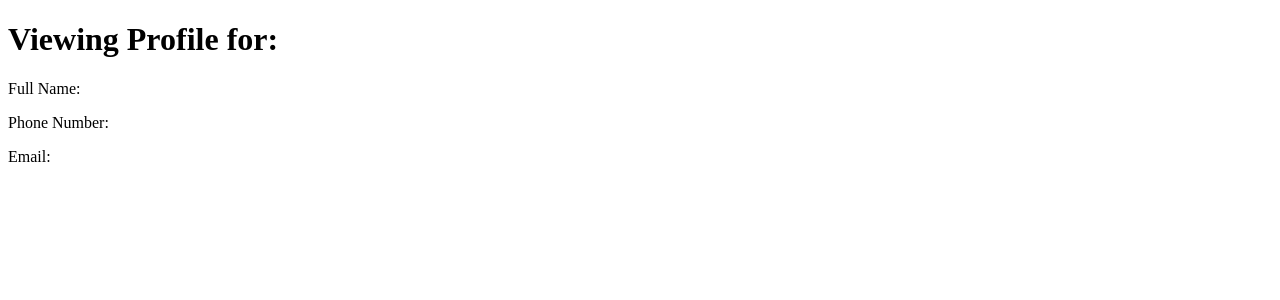
Repository: kingron98/SoftEng-Bank-Web-Application-
Page: http://localhost/SE3_BankWebApp/viewProfile.jsp
These files come from the project's save history. The page is drawn as it stood at one moment and after the next save; the edit follows.
The browser window is 1280 px wide. The pictures show the whole page.
The page is served by Tomcat 9.

Above is the page before, as saved 2020-12-11 20:14:48.

After the next save:
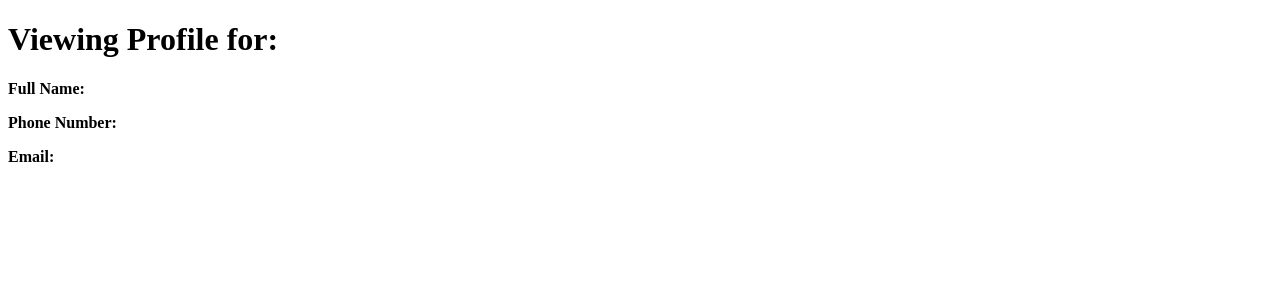
Saved 63 s later.
--- a/SE3 Bank App/Java/Workspace/SE3_BankWebApp/WebContent/viewProfile.jsp
+++ b/SE3 Bank App/Java/Workspace/SE3_BankWebApp/WebContent/viewProfile.jsp
@@ -16,9 +16,9 @@
 
 	<c:set var="customer" value="${sessionScope.customer}"/>
 	<h1>Viewing Profile for: <c:out value="${customer.userId}"/></h1>
-	<p>Full Name: <c:out value="${customer.customerName}"/></p>
-	<p>Phone Number: <c:out value="${customer.phoneNumber}"/></p>
-	<p>Email: <c:out value="${customer.email}"/></p>
+	<p><b>Full Name:</b> <c:out value="${customer.customerName}"/></p>
+	<p><b>Phone Number:</b> <c:out value="${customer.phoneNumber}"/></p>
+	<p><b>Email:</b> <c:out value="${customer.email}"/></p>
 
 </body>
 </html>
